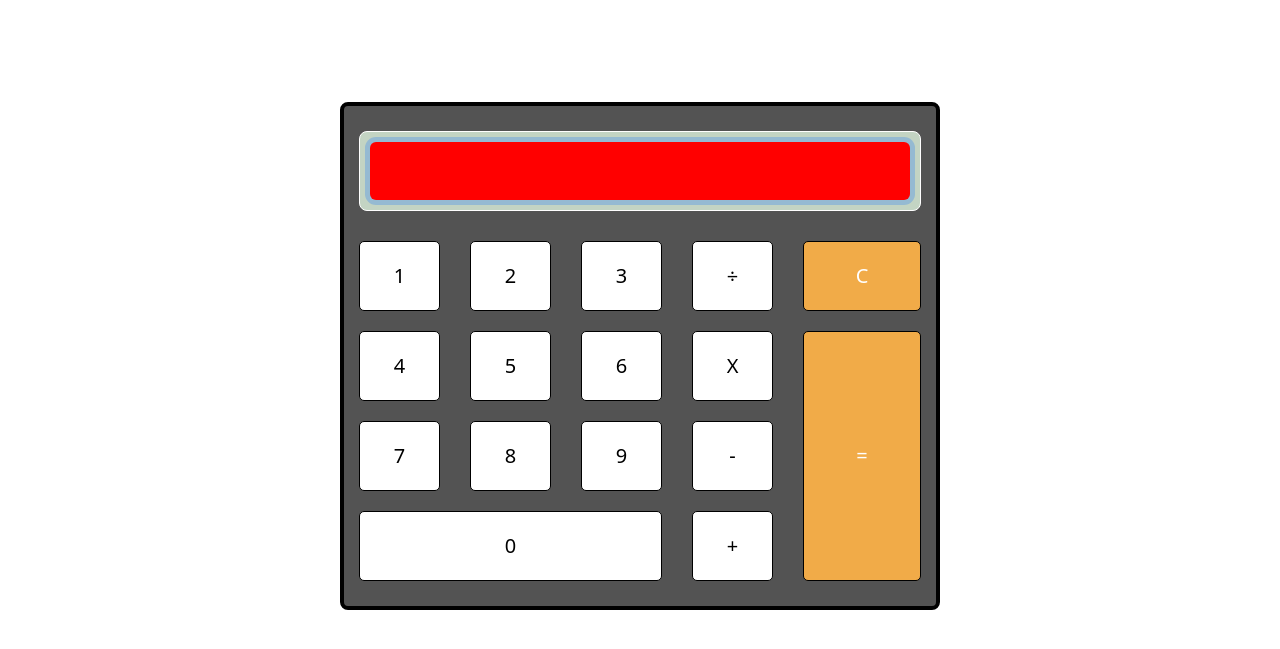
Repository: jsakdalan/CalculatorReactTypescript
Page: /
An editor plug-in stored every save of this project. The page is shown before and after the next save, followed by the edit.
The browser window is 1280 px wide. The pictures show the whole page.
The first visible `.input-group>.form-control` has the focus.
The project was rebuilt for these pictures with package versions that can differ from the ones it lists, and the page was loaded fresh each time. Also part of the build but not shown: src/App.css.

Above is the page before, as saved 2022-06-07 17:50:44.

After the next save:
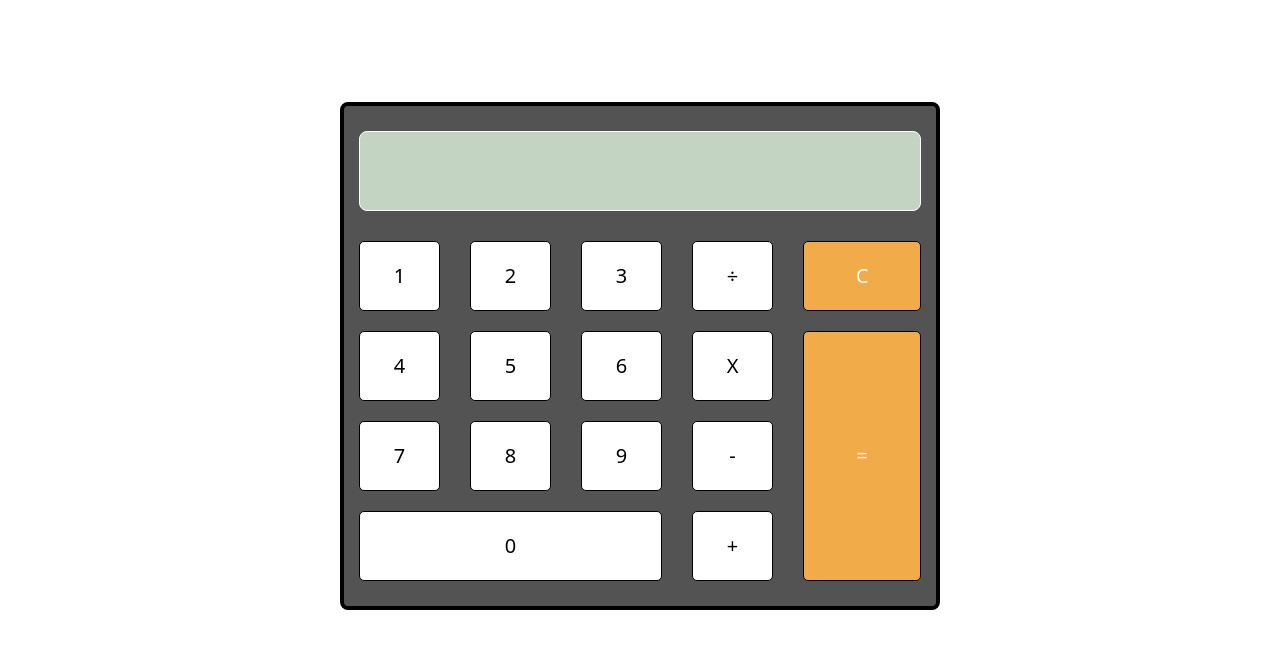
Saved 19 s later.
--- a/src/pages/Calculator.css
+++ b/src/pages/Calculator.css
@@ -36,7 +36,9 @@
 }
 
 .input-group>.form-control:focus{
-    background-color: red;
+    box-shadow: none;
+    background-color: #c3d4c3;
+
 }
 
 .btn-primary{
